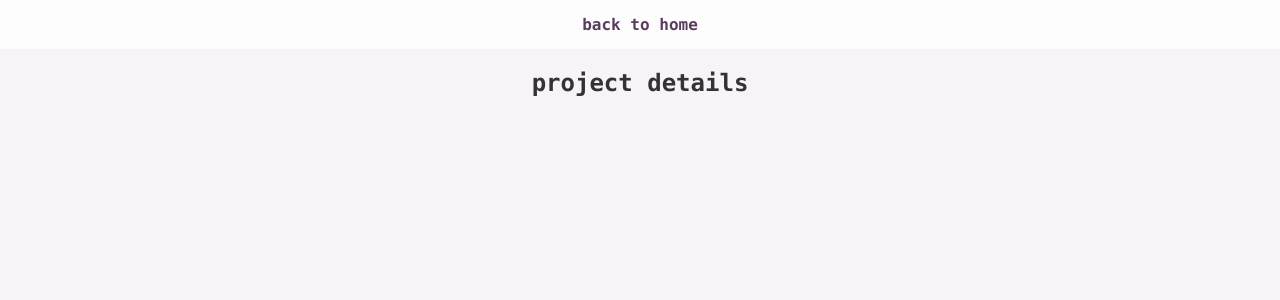
Repository: sarriah/sarriah
Page: pages/project2.html
The author's editor kept a copy of each file at every save. The page is drawn from the files as they stood at one save, then again after the next save.
The browser window is 1280 px wide. The pictures show the whole page.

Above is the page before, as saved 2026-05-15 19:53:21.

### pages/project2.html
<!DOCTYPE html>
<html lang="en">
<head>
    <meta charset="UTF-8">
    <meta name="viewport" content="width=device-width, initial-scale=1.0">
    <title>PROJECT 2</title>
</head>
    <style>
/* pasting some things from style.css*/
body {
    margin: 0;
    font-family:  Consolas, Arial, Verdana, sans-serif;
    background: #f7f3f9;
    color: #333;
    text-align: center;

}


font-face {
    font-family: Consolas;
    src: url('../fonts/Consolas.ttf') format('truetype');
    font-weight: normal;
    font-style: normal;
}

.navBar:hover {
    color: #b587cf;
}

nav {
    display: flex;
    justify-content: center;
    gap: 15px;
    padding: 15px;
    background: #ffffffcc;
    backdrop-filter: blur(5px);
    position: sticky;
    top: 0;
}

.navBar {
    text-decoration: none;
    color: #5a3d5c;
    font-weight: bold;
    font-size: 16px;
}

    </style>

<body>

    <nav>

        <a class="navBar" href="../homepage.html">back to home</a>

    </nav>

    <H2>project details</H2>
    <p></p>

</body>
</html>

After the next save:
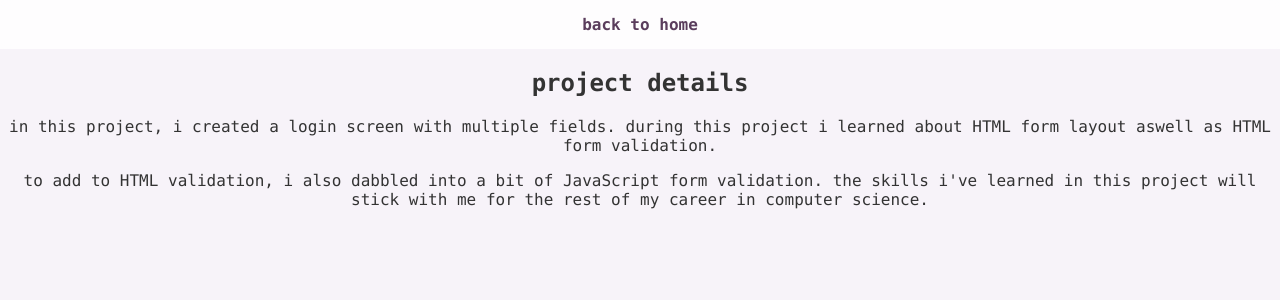
Saved 2 min 27 s later.
--- a/pages/project2.html
+++ b/pages/project2.html
@@ -57,7 +57,9 @@ nav {
     </nav>
 
     <H2>project details</H2>
-    <p></p>
+    <p>in this project, i created a login screen with multiple fields. during this project i learned about HTML form layout aswell as HTML form validation.</p>
+
+    <p>to add to HTML validation, i also dabbled into a bit of JavaScript form validation. the skills i've learned in this project will stick with me for the rest of my career in computer science.</p>
 
 </body>
 </html>
